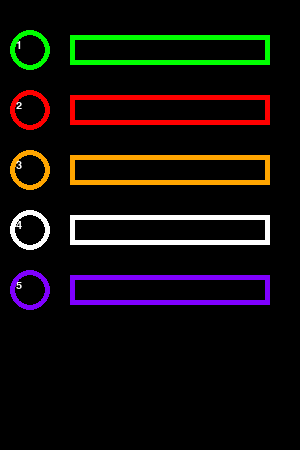
Repository: jontslater/idleclicker
Script's output: python main.py
These files come from the project's save history. The script's output is drawn as it stood at one moment and after the next save; the edit follows.
The window is shown after at most 60 frames with no key pressed. Random numbers start from a fixed seed.

Above is the script's output before, as saved 2025-04-07 13:47:23.

After the next save:
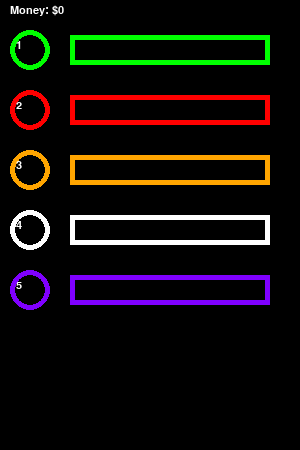
Saved 3 min 32 s later.
--- a/main.py
+++ b/main.py
@@ -83,6 +83,9 @@ while running:
     task3, draw_orange, orange_length = draw_task(orange, 170, orange_value, draw_orange, orange_length, orange_speed)
     task4, draw_white, white_length = draw_task(white, 230, white_value, draw_white, white_length, white_speed)
     task5, draw_purple, purple_length = draw_task(purple, 290, purple_value, draw_purple, purple_length, purple_speed)
+
+    display_score = font.render('Money: $' + str(round(score, 2)), True, white, black)
+    screen.blit(display_score, (10, 5))
     pygame.display.update()
 
 pygame.quit()
